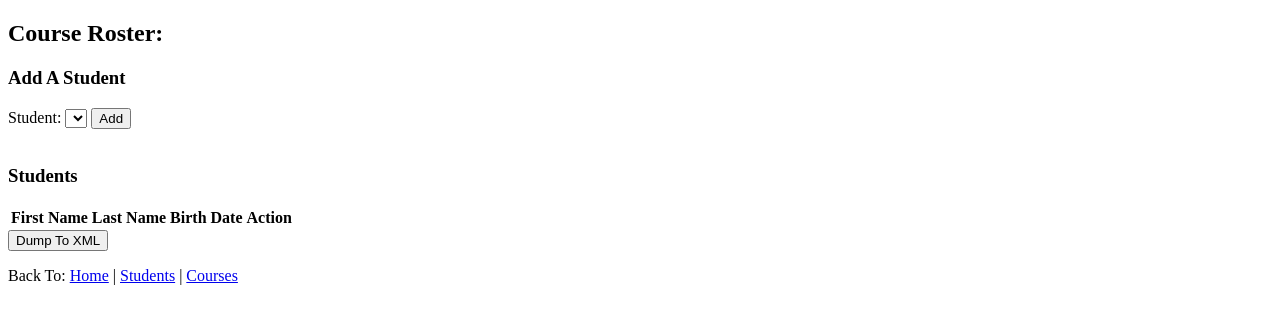
Repository: pjberry/course-tracking-initial
Page: http://localhost/course-tracking/roster.jsp
An editor plug-in stored every save of this project. The page is shown before and after the next save, followed by the edit.
The browser window is 1280 px wide. The pictures show the whole page.
The page is served by Tomcat 9. Other server files are loaded and not shown. The template is opened directly, without the code that normally fills it, so the values that code supplies are empty.

Above is the page before, as saved 2014-09-09 05:33:31.

### course-tracking/WebContent/roster.jsp
<%@ page language="java" pageEncoding="UTF-8" session="false"%>
<!DOCTYPE html>
<html>
<%@ taglib prefix="c" uri="http://java.sun.com/jsp/jstl/core"%>

<head>
<title>Course Roster</title>
</head>
<body>

	<h2>Course Roster: <c:out value="${roster.course.name}" /></h2>

	<h3>Add A Student</h3>

	<form method="POST" action='RosterController' name="addStudent">
	Student:
		<select name="studentId">
			<c:forEach items="${candidateStudents}" var="candidate" >
				<option value=<c:out value="${candidate.id}" /> >
					<c:out value="${candidate.firstName}" />
					<c:out value="${candidate.lastName}" />
					<c:out value="${candidate.birthDate}" />
				</option>
			</c:forEach>
		</select>
		<input type="hidden" name="courseId" value="<c:out value="${roster.course.id}"/>" >
		<input type="hidden" name="action" value="addStudent">
		<input type="submit" value="Add">
	</form>

	<br>

	<c:set var="currentStudents" scope="request" value="${roster.students}"/>
	<h3>Students</h3>
	<table>
		<thead>
			<tr>
				<th>First Name</th>
				<th>Last Name</th>
				<th>Birth Date</th>
				<th>Action</th>
			</tr>
		</thead>
		<c:forEach items="${currentStudents}" var="student">
			<tr>
				<td> <c:out value="${student.firstName}" /> </td>
				<td> <c:out value="${student.lastName}" /> </td>
				<td> <c:out value="${student.birthDate}" /> </td>
                <td>
                	<form method="POST" action='RosterController' name="deleteStudent">
						<input type="hidden" name="action" value="deleteStudent" />
						<input type="hidden" name="studentId" value="<c:out value="${student.id}"/>" />
						<input type="hidden" name="courseId" value="<c:out value="${roster.course.id}"/>" />
						<input type="submit" value="Delete">
					</form>
                </td>
			</tr>
		</c:forEach>
	</table>

	<form method="POST" action='RosterController' name="dumpXML">
		<input type="hidden" name="action" value="dumpXML">
		<input type="submit" value="Dump To XML">
	</form>

	<p>Back To:  <a href="/course-tracking">Home</a> | <a href="StudentController">Students</a> | <a href="CourseController">Courses</a></p>

</body>

</html>

After the next save:
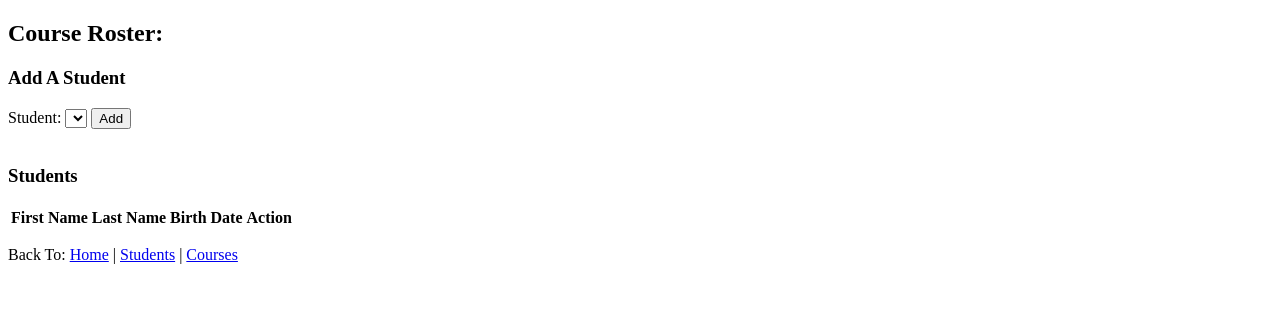
Saved 50 s later.
--- a/course-tracking/WebContent/roster.jsp
+++ b/course-tracking/WebContent/roster.jsp
@@ -58,11 +58,6 @@
 		</c:forEach>
 	</table>
 
-	<form method="POST" action='RosterController' name="dumpXML">
-		<input type="hidden" name="action" value="dumpXML">
-		<input type="submit" value="Dump To XML">
-	</form>
-
 	<p>Back To:  <a href="/course-tracking">Home</a> | <a href="StudentController">Students</a> | <a href="CourseController">Courses</a></p>
 
 </body>
